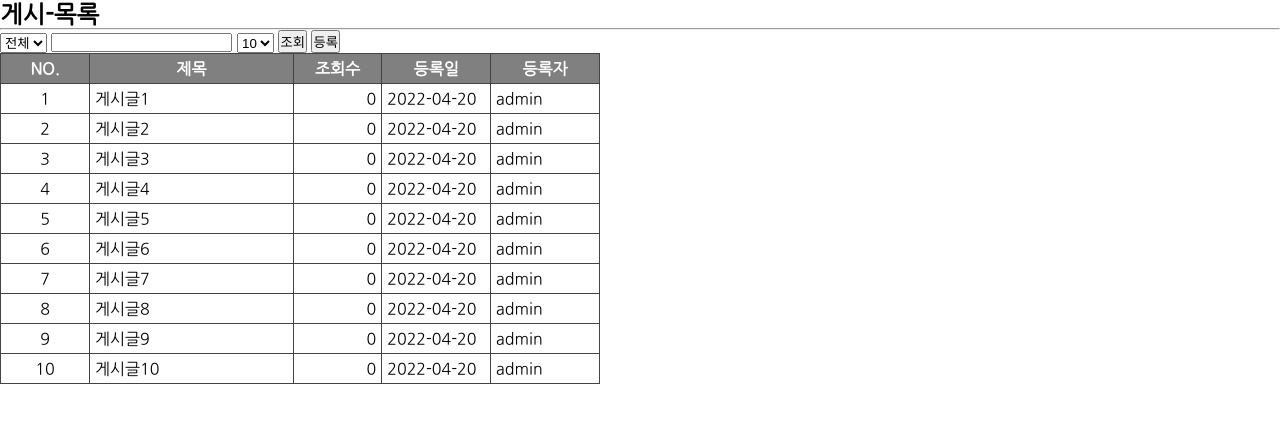
Repository: dongseon-git/WEB_JSP
Page: workspace/studyhtml5/WebContent/template/board_list_test01.html
An editor plug-in stored every save of this project. The page is shown before and after the next save, followed by the edit.
The browser window is 1280 px wide. The pictures show the whole page.

Above is the page before, as saved 2022-05-18 08:02:23.

### workspace/studyhtml5/WebContent/template/board_list_test01.html
<!DOCTYPE html>
<html>
<head>
<meta name="keywords" content="html, css, javascript, jsp" />
<meta name="viewport" content="width=device-width,initial-scale=1.0">
<meta charset="UTF-8">
<link rel="stylesheet" type="text/css" href="/studyhtml5/asset/css/board_20220422.css">

<!--스타일 시트 -->
<style type="text/css">
table {
width:500;
border:1px solid #444444;
}
th,td{
border: 1px solid #444444;
}
tr>th{
text-align: center;
}
.btn{
    position: relative;
    left: 430px;
}
</style>

<title>Insert title here</title>
<!--자바스크립트 코드 -->
<script type="text/javascript">

</script>
</head>
<body>
   <!-- wrap -->
   <div id="wrap">
   <h2>게시-목록</h2>
   <hr/>
   <!-- 검색 -->
   <form action="">
    <label for="searchDiv"></label>
    <select name="searchDiv" id="searchDiv">
        <option value="">전체</option>
        <option value="10">제목</option>
        <option value="20">내용</option>
    </select>
    <input type="text" name="searchWord"  id="searchWord" size=20>
    <select name="pageSize" id="pageSize">
        <option value="10">10</option>
        <option value="20">20</option>
        <option value="50">50</option>

    </select>
    <input type="button" value="조회" id="doRetrieve" width= "500" >
    <input type="button" value="등록" id="moveToReg" width= "500">
   </form>
   <!--// 검색 ------------------------------------------------------------------>

   <!--게시 목록 -->
   <table>
     <thead>
        <tr>
            <th width="80">NO.</th>
            <th width="200">제목</th>
            <th width="80">조회수</th>
            <th width="100">등록일</th>
            <th width="100">등록자</th>
            <th width="80"style="display: none;">순번</th>
        </tr>
     </thead>
     <tbody>
        <tr>
            <td style =text-align:center >1</td>
            <td>게시글1</td>
            <td style =text-align:right>0</td>
            <td>2022-04-20</td>
            <td>admin</td>
            <td style="display: none;">1</td>
        </tr>
        <tr>
            <td style =text-align:center>2</td>
            <td>게시글2</td>
            <td style =text-align:right>0</td>
            <td>2022-04-20</td>
            <td>admin</td>
            <td style="display: none;">2</td>
        </tr>
             <tr>
            <td style =text-align:center>3</td>
            <td>게시글3</td>
            <td style =text-align:right>0</td>
            <td>2022-04-20</td>
            <td>admin</td>
            <td style="display: none;">1</td>
        </tr>
        <tr>
            <td style =text-align:center>4</td>
            <td>게시글4</td>
            <td style =text-align:right>0</td>
            <td>2022-04-20</td>
            <td>admin</td>
            <td style="display: none;">2</td>
        </tr>
        <tr>
            <td style =text-align:center>5</td>
            <td>게시글5</td>
            <td style =text-align:right>0</td>
            <td>2022-04-20</td>
            <td>admin</td>
            <td style="display: none;">2</td>
        </tr>
        <tr>
            <td style =text-align:center>6</td>
            <td>게시글6</td>
            <td style =text-align:right>0</td>
            <td>2022-04-20</td>
            <td>admin</td>
            <td style="display: none;">2</td>
        </tr>
        <tr>
            <td style =text-align:center>7</td>
            <td>게시글7</td>
            <td style =text-align:right>0</td>
            <td>2022-04-20</td>
            <td>admin</td>
            <td style="display: none;">2</td>
        </tr>
        <tr>
            <td style =text-align:center>8</td>
            <td>게시글8</td>
            <td style =text-align:right>0</td>
            <td>2022-04-20</td>
            <td>admin</td>
            <td style="display: none;">2</td>
        </tr>
        <tr>
            <td style =text-align:center>9</td>
            <td>게시글9</td>
            <td style =text-align:right>0</td>
            <td>2022-04-20</td>
            <td>admin</td>
            <td style="display: none;">2</td>
        </tr>
        <tr>
            <td style =text-align:center>10</td>
            <td>게시글10</td>
            <td style =text-align:right>0</td>
            <td>2022-04-20</td>
            <td>admin</td>
            <td style="display: none;">2</td>
        </tr>
     </tbody>
   </table>
   <!--// 게시 목록--------------------------------------------------------------->

   <!-- paging -->

   <!--// paging ---------------------------------------------------------------->

   </div>
   <!--// wrap ---------------------------------------------------------------->
</body>
</html>

### workspace/studyhtml5/WebContent/asset/css/board_20220422.css
@charset "UTF-8";
* {
margin: 0;
padding: 0;
}
  /* web 폰트 */
  @font-face {
     font-family: 'NG';
     src: url('/studyhtml5/font/NanumGothic.woff') format('woff');
  }

  @font-face {
     font-family: 'NGB';
     src: url('/studyhtml5/font/NanumGothicBold.woff') format('woff');
  }


  @font-face {
     font-family: 'NGEB';
     src: url('/studyhtml5/font/NanumGothicExtraBold.woff') format('woff');
  }

  html {
    font-family: NG;
  }
  table {
width: 600px;
border-collapse: collapse;
}
td, th {
border-bottom: 1px solid lightgrey;
padding: 5px;
}
th{
background: gray;
color: #fff;
}
input[type="text"]
input[type="password"]{
  height: auto;
  vertical-align: middle;
}
select{
  height: 20px;
  vertical-align: middle;
}

After the next save:
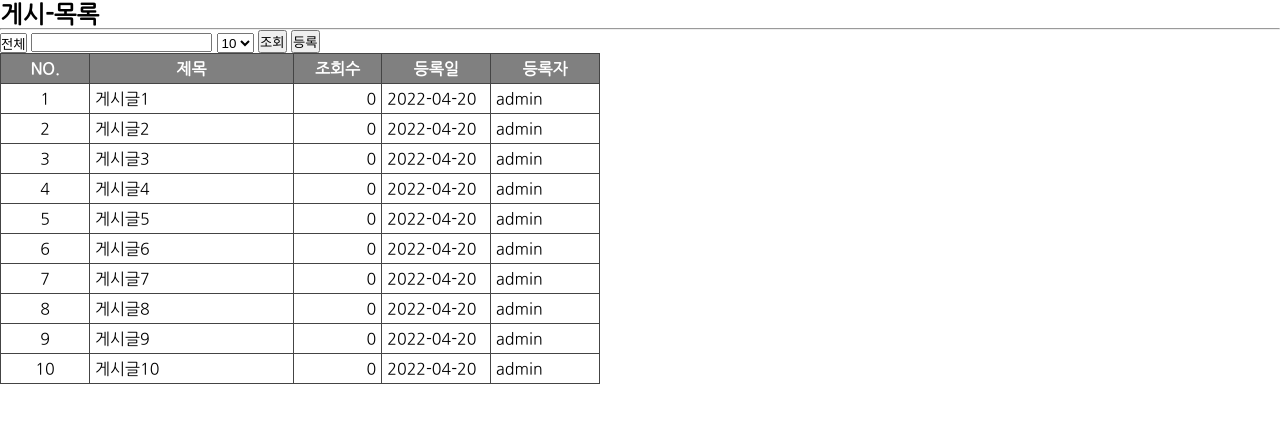
Saved 50 s later.
--- a/workspace/studyhtml5/WebContent/template/board_list_test01.html
+++ b/workspace/studyhtml5/WebContent/template/board_list_test01.html
@@ -38,7 +38,7 @@
    <!-- 검색 -->
    <form action="">
     <label for="searchDiv"></label>
-    <select name="searchDiv" id="searchDiv">
+    <select name="searchDiv" id="searchDiv" size=50>
         <option value="">전체</option>
         <option value="10">제목</option>
         <option value="20">내용</option>
@@ -50,8 +50,8 @@
         <option value="50">50</option>
 
     </select>
-    <input type="button" value="조회" id="doRetrieve" width= "500" >
-    <input type="button" value="등록" id="moveToReg" width= "500">
+    <input type="button" value="조회" id="doRetrieve"  >
+    <input type="button" value="등록" id="moveToReg" >
    </form>
    <!--// 검색 ------------------------------------------------------------------>
 

After the 3 saves that followed:
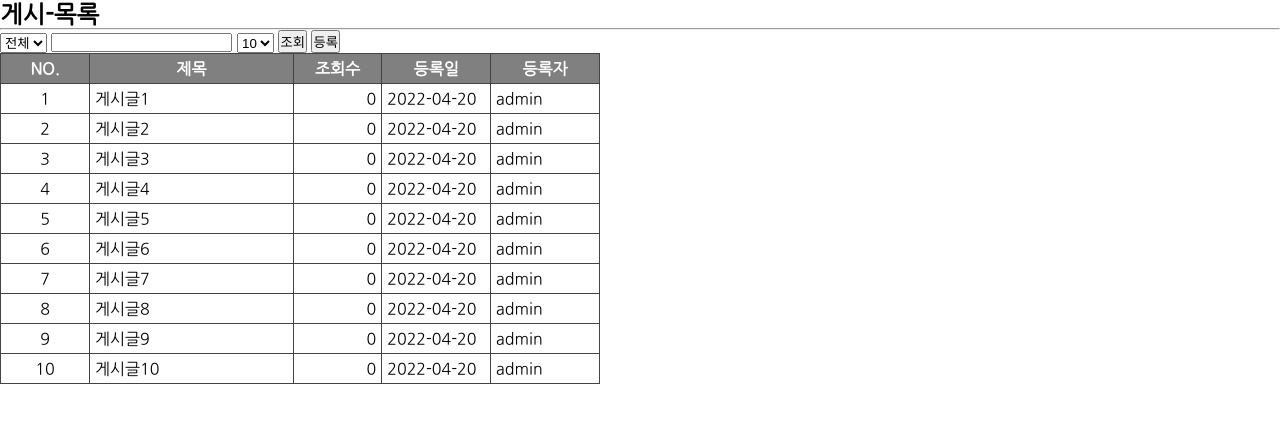
The 3 saves are shown as one change because 2 left the picture as it was.
The last was saved 29 s later.
--- a/workspace/studyhtml5/WebContent/template/board_list_test01.html
+++ b/workspace/studyhtml5/WebContent/template/board_list_test01.html
@@ -38,7 +38,7 @@
    <!-- 검색 -->
    <form action="">
     <label for="searchDiv"></label>
-    <select name="searchDiv" id="searchDiv" size=50>
+    <select name="searchDiv" id="searchDiv" >
         <option value="">전체</option>
         <option value="10">제목</option>
         <option value="20">내용</option>
